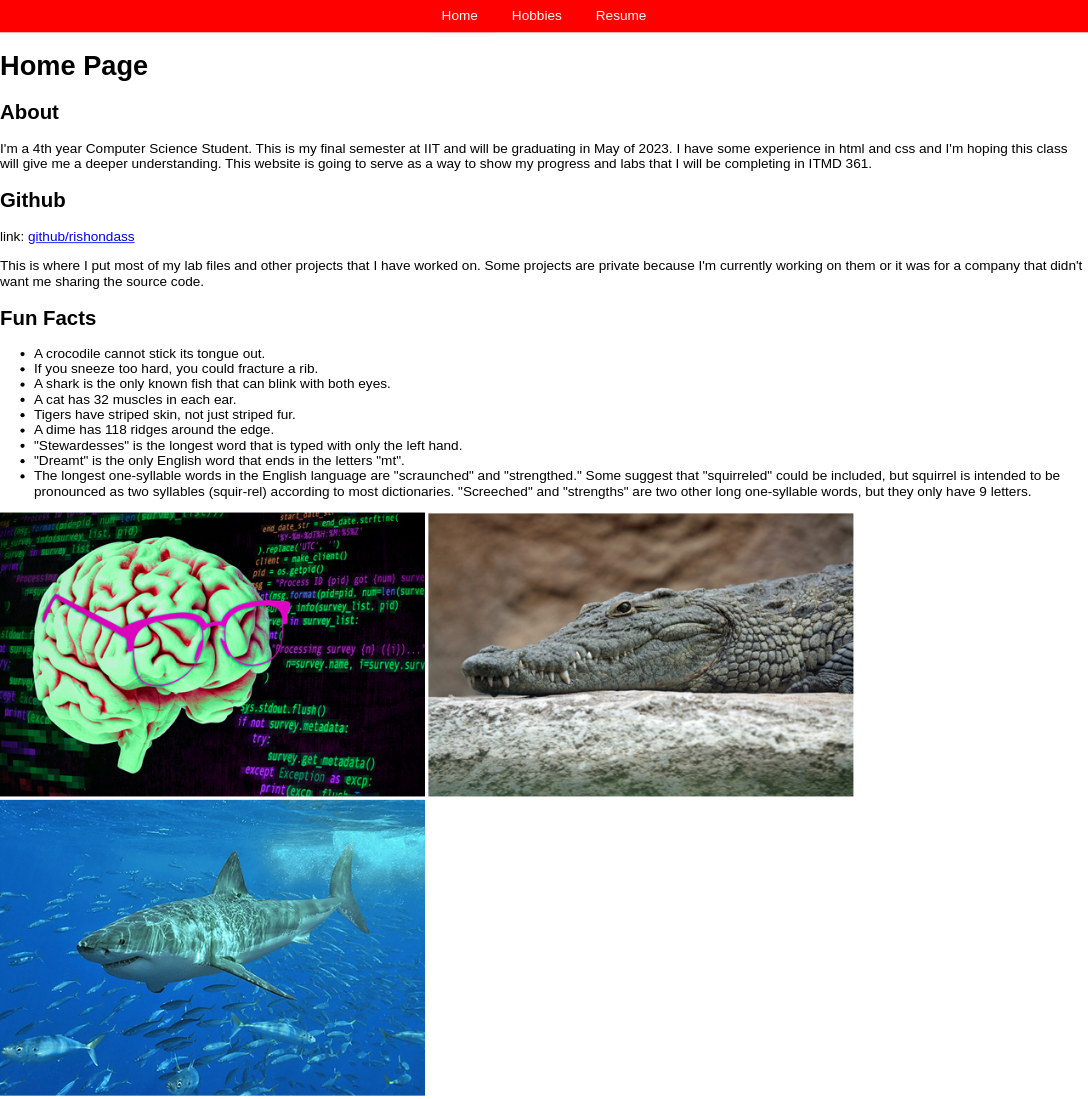
Repository: rishondass/ITMD361-Project2
Page: index.html
The author's editor kept a copy of each file at every save. The page is drawn from the files as they stood at one save, then again after the next save.
The browser window is 1280 px wide. The pictures show the whole page, at 85% of full size.
The pointer rests on the first visible `#main-nav a`.

Above is the page before, as saved 2023-03-07 21:14:59.

### index.html
<!DOCTYPE html>
<html lang="en">
<head>
    <meta charset="UTF-8">
    <meta name="viewport" content="width=device-width, initial-scale=1.0">
    <link rel="stylesheet" href="css/style.css">
    <link rel="stylesheet" href="css/normalize.css">
    <title>Home</title>
</head>
<body>
    <nav id="main-nav">
        <ul>
            <li>
                <a href="index.html">Home</a>
            </li>
            <li>
                <a href="hobbies.html">Hobbies</a>
            </li>
            <li>
                <a href="resume.html">Resume</a>
            </li>
        </ul>
    </nav>

    <div>
        <h1>Home Page</h1>
        <h2>
            About
        </h2>
        <p>
            I'm a 4th year Computer Science Student. This is my final semester at IIT and will be graduating in May of 2023. I have some experience in html and css and I'm hoping this class will give me a deeper understanding. This website is going to serve as a way to show my progress and labs that I will be completing in ITMD 361.
        </p>
        <h2>
            Github
        </h2>
        <p>
            link: <a target="_blank" href="https://www.github.com/rishondass">github/rishondass</a>
        </p>
        <p>
            This is where I put most of my lab files and other projects that I have worked on. Some projects are private because I'm currently working on them or it was for a company that didn't want me sharing the source code.
        </p>
        <h2>
            Fun Facts
        </h2>
        <ul>
            <li>
                A crocodile cannot stick its tongue out.
            </li>
            <li>
                If you sneeze too hard, you could fracture a rib.
            </li>
            <li>
                A shark is the only known fish that can blink with both eyes.
            </li>
            <li>
                A cat has 32 muscles in each ear.
            </li>
            <li>
                Tigers have striped skin, not just striped fur.
            </li>
            <li>
                A dime has 118 ridges around the edge.
            </li>
            <li>
                "Stewardesses" is the longest word that is typed with only the left hand.
            </li>
            <li>
                "Dreamt" is the only English word that ends in the letters "mt".
            </li>
            <li>
                The longest one-syllable words in the English language are "scraunched" and "strengthed." Some suggest that "squirreled" could be included, but squirrel is intended to be pronounced as two syllables (squir-rel) according to most dictionaries. "Screeched" and "strengths" are two other long one-syllable words, but they only have 9 letters.
            </li>
        </ul>
        <img src="images/code.jpg" alt="image_of_code">
        <img src="images/Nile_crocodile_head.jpg" alt="image_of_crocodile">
        <img src="images/White_shark.jpg" alt="image_of_shark">

    </div>
</body>
</html>

### css/style.css
#main-nav{
    background-color: red;
    overflow: hidden;
}

#main-nav ul{
    list-style-type: none;
    padding: 0;
    margin: 0;
    display: flex;
    justify-content: center;
}

#main-nav a{
   display: block;
   padding: 10px 20px;
   text-decoration: none;
   color: white;
}

#main-nav a:hover{
    background-color: red;
}

Loaded but not shown: css/normalize.css (library)

After the next save:
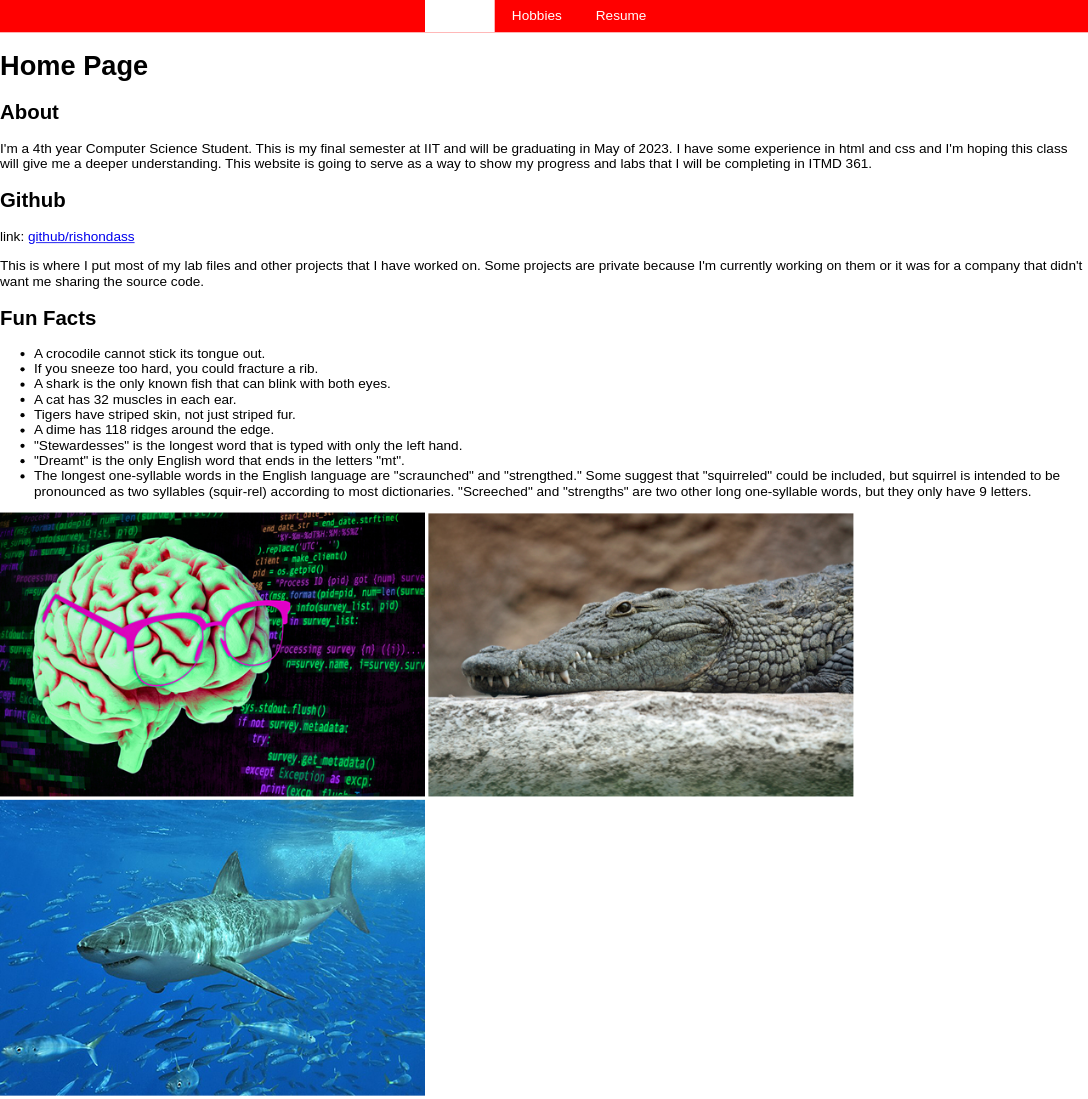
Saved 14 s later.
--- a/css/style.css
+++ b/css/style.css
@@ -19,5 +19,5 @@
 }
 
 #main-nav a:hover{
-    background-color: red;
+    background-color: rgb(255, 255, 255);
 }
